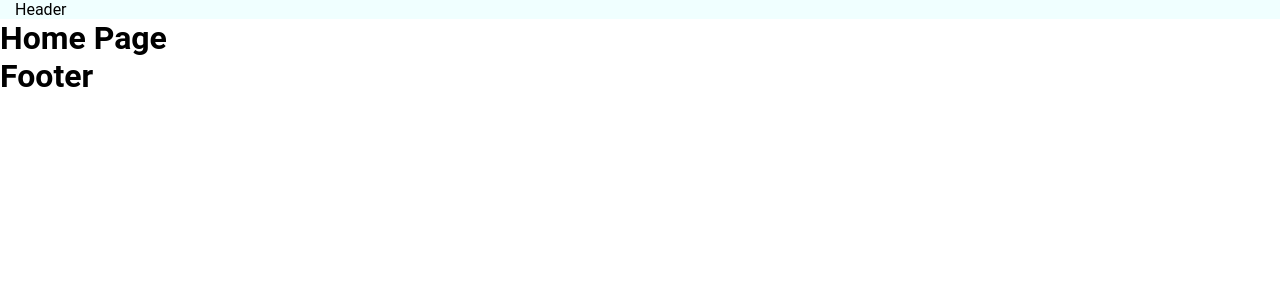
Repository: anhcanh1007/show_product
Page: /
An editor plug-in stored every save of this project. The page is shown before and after the next save, followed by the edit.
The browser window is 1280 px wide. The pictures show the whole page.
The project was rebuilt for these pictures with package versions that can differ from the ones it lists, and the page was loaded fresh each time. Imported but missing from the stored project, and not drawn on this page: src/pages/user/profilePage.

Above is the page before, as saved 2024-01-25 13:23:34.

After the next save:
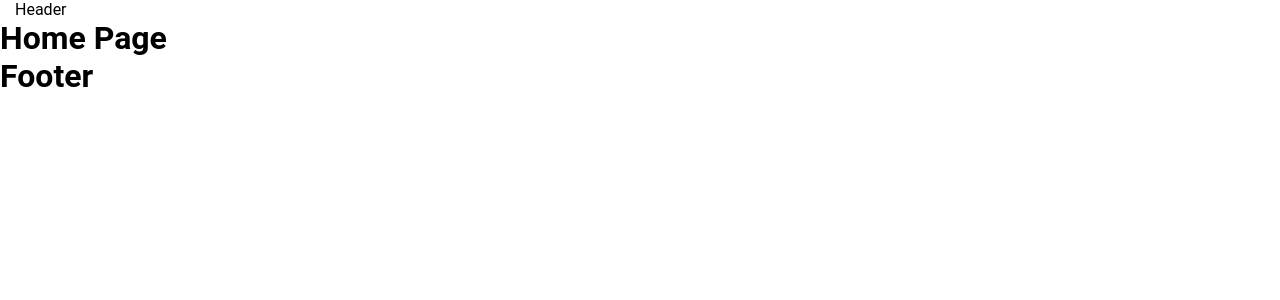
Saved 71 s later.
--- a/src/pages/user/theme/header/style.scss
+++ b/src/pages/user/theme/header/style.scss
@@ -1,3 +1,3 @@
 .header__top{
-    background-color: azure;
+    background-color: CFD7A4;
 }
